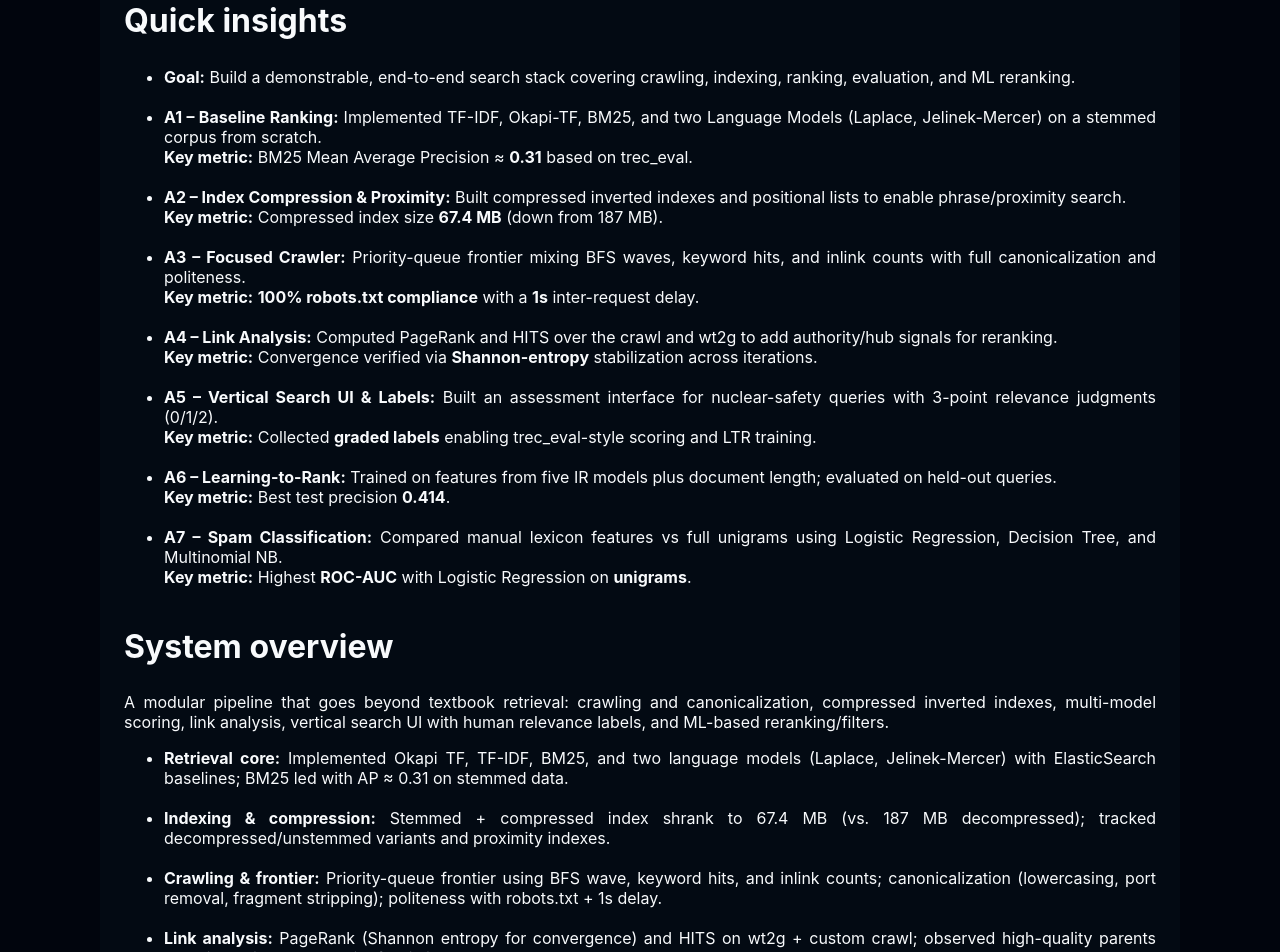
Repository: Abdulaziz-04/Abdulaziz-04.github.io
Page: deepdives/backend_systems/search_engine/search_engine.html
The author's editor kept a copy of each file at every save. The page is drawn from the files as they stood at one save, then again after the next save.
The browser window is 1280 px wide. The pictures show the part of the page from y = 892 to 1844 px (the page is 4662 px tall before and 4682 px after).
A picture or video elsewhere on the page could not be fetched, so the positions and the page height are approximate.

Above is the page before, as saved 2025-11-21 17:52:16.

After the next save:
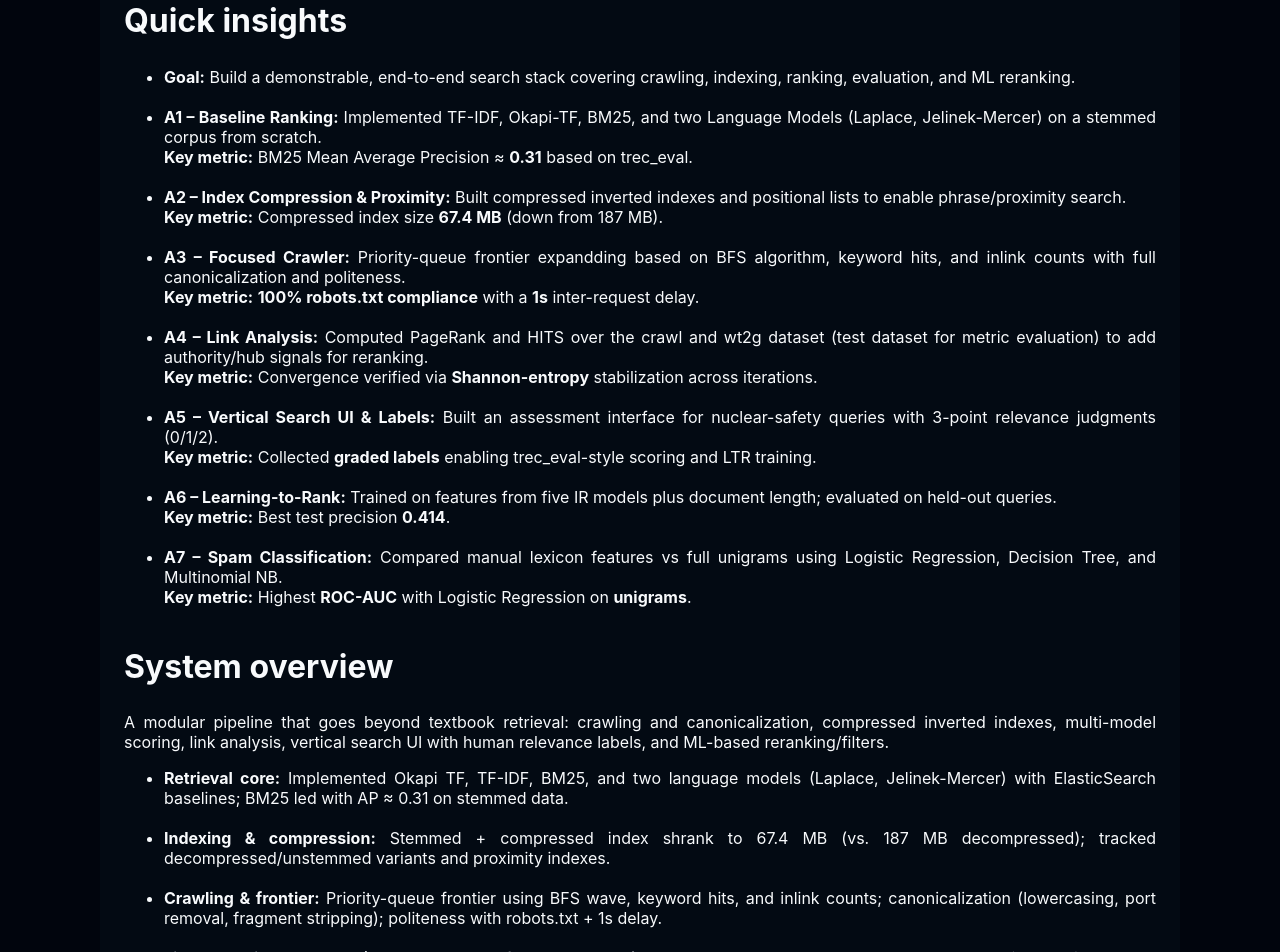
Saved 3 min 32 s later.
--- a/deepdives/backend_systems/search_engine/search_engine.html
+++ b/deepdives/backend_systems/search_engine/search_engine.html
@@ -95,15 +95,16 @@
           <br />
           <li>
             <strong>A3 – Focused Crawler:</strong> Priority-queue frontier
-            mixing BFS waves, keyword hits, and inlink counts with full
-            canonicalization and politeness. <br />
+            expandding based on BFS algorithm, keyword hits, and inlink counts
+            with full canonicalization and politeness. <br />
             <b>Key metric:</b> <b>100% robots.txt compliance</b> with a
             <b>1s</b> inter-request delay.
           </li>
           <br />
           <li>
             <strong>A4 – Link Analysis:</strong> Computed PageRank and HITS over
-            the crawl and wt2g to add authority/hub signals for reranking.
+            the crawl and wt2g dataset (test dataset for metric evaluation) to
+            add authority/hub signals for reranking.
             <br />
             <b>Key metric:</b> Convergence verified via
             <b>Shannon-entropy</b> stabilization across iterations.
